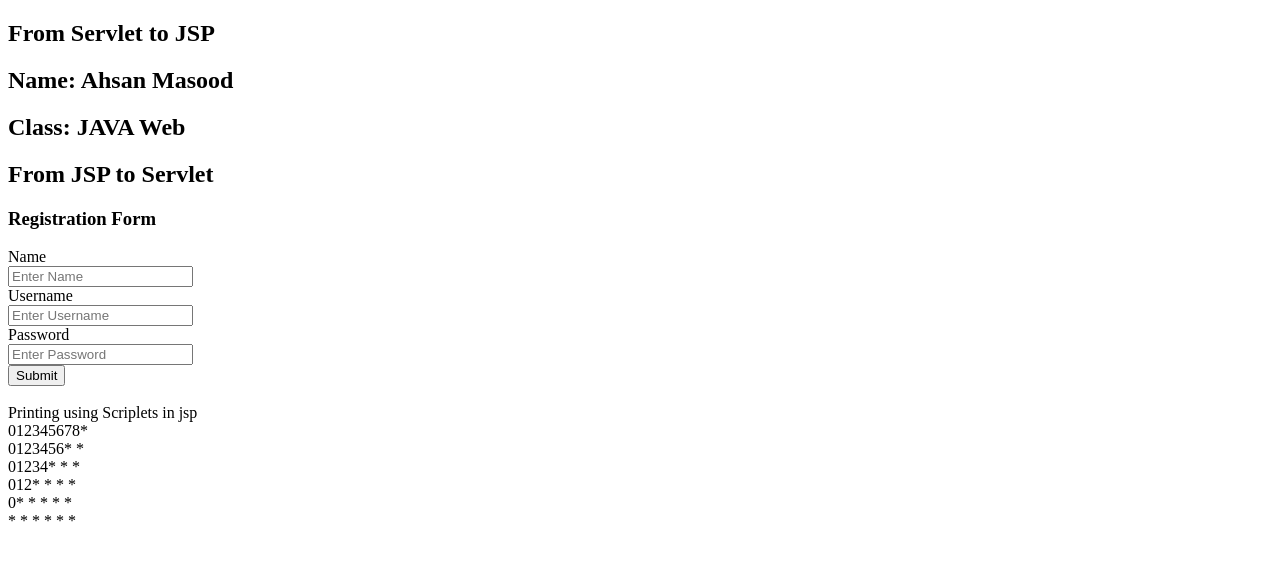
Repository: Ahsan-Masood98/Java-Web-Eng
Page: http://localhost/week2lab/helloworld
These files come from the project's save history. The page is drawn as it stood at one moment and after the next save; the edit follows.
The browser window is 1280 px wide. The pictures show the whole page.
The page is served by Tomcat 9.

Above is the page before, as saved 2022-09-21 13:56:57.

### eclipse-workplace/week2lab/src/main/webapp/index.jsp
<%@ page language="java" contentType="text/html; charset=ISO-8859-1" pageEncoding="ISO-8859-1"%>
<!DOCTYPE html>
<html>
<head>
<meta charset="ISO-8859-1">
<title>Week 2 Lab</title>
</head>
<body>
	<h2>From Servlet to JSP</h2>
	<h2>Name: ${name}</h2>
	<h2>Class: ${course}</h2>
	<h2>From JSP to Servlet</h2>
	<h3>Registration Form</h3>
	<form action="helloworld" method ="post">
	<label>Name</label><br/>
	<input type=text name="name" placeholder="Enter Name"/><br/>
	<label>Username</label><br/>
	<input type=text name="username" placeholder="Enter Username"/><br/>
	<label>Password</label><br/>
	<input type=password name="password" placeholder="Enter Password"/><br/>
	<button type="submit">Submit</button>
	</form>
	<br>
	<% out.print("Printing using Scriplets in jsp"); %>
	<br>
	<%
		int i,j, row=6;
		for(i=0; i< row; i++){
			int k=0;
			for (j = 2*(row - i-2); j >= 0; j--)
				out.print(k++);
	  		for( j=0; j<=i; j++)
				out.println("*");
			out.print("<br/>");
		}
		out.print("<br/>");
	%>
</body>
</html>

### eclipse-workplace/week2lab/src/main/java/com/ahsan/helloworld.java
package com.ahsan;

import java.io.IOException;
import java.io.PrintWriter;

import javax.servlet.RequestDispatcher;
import javax.servlet.ServletException;
import javax.servlet.annotation.WebServlet;
import javax.servlet.http.HttpServlet;
import javax.servlet.http.HttpServletRequest;
import javax.servlet.http.HttpServletResponse;

/**
 * Servlet implementation class helloworld
 */
@WebServlet("/helloworld")
public class helloworld extends HttpServlet {
	private static final long serialVersionUID = 1L;

    /**
     * Default constructor.
     */
    public helloworld() {
        // TODO Auto-generated constructor stub
    }

	/**
	 * @see HttpServlet#doGet(HttpServletRequest request, HttpServletResponse response)
	 */
	protected void doGet(HttpServletRequest request, HttpServletResponse response) throws ServletException, IOException {
		// TODO Auto-generated method stub
		response.getWriter().append("Served at: ").append(request.getContextPath());

		String destination ="index.jsp";
		RequestDispatcher requestDispatcher = request.getRequestDispatcher(destination);
		String name = "Ahsan Masood";
		request.setAttribute("name", name);
		String course = "JAVA Web";
		request.setAttribute("course", course);
		requestDispatcher.forward(request, response);
		// or request.getRequestDispatcher("index.js").forward(request, response);
	}

	/**
	 * @see HttpServlet#doPost(HttpServletRequest request, HttpServletResponse response)
	 */
	protected void doPost(HttpServletRequest request, HttpServletResponse response) throws ServletException, IOException {
		// TODO Auto-generated method stub
		doGet(request, response);
		response.setContentType("Text/HTML");
		String name = request.getParameter("name");
		String username = request.getParameter("username");
		String password = request.getParameter("password");
		PrintWriter out = response.getWriter();
		out.println("<h1> Name: " + name + "</h1> <br/> <h1> Username: " + username + "</h1> <br/>");
	}

}

After the next save:
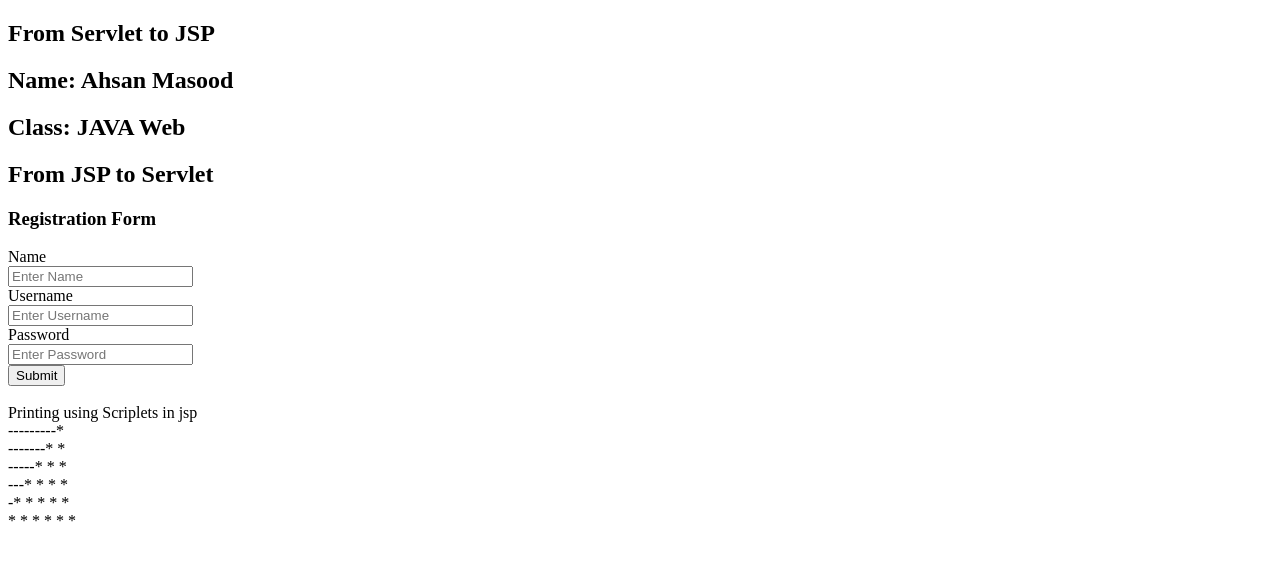
Saved 12 s later.
--- a/eclipse-workplace/week2lab/src/main/webapp/index.jsp
+++ b/eclipse-workplace/week2lab/src/main/webapp/index.jsp
@@ -28,7 +28,7 @@
 		for(i=0; i< row; i++){
 			int k=0;
 			for (j = 2*(row - i-2); j >= 0; j--)
-				out.print(k++);
+				out.print("-");
 	  		for( j=0; j<=i; j++)
 				out.println("*");
 			out.print("<br/>");
